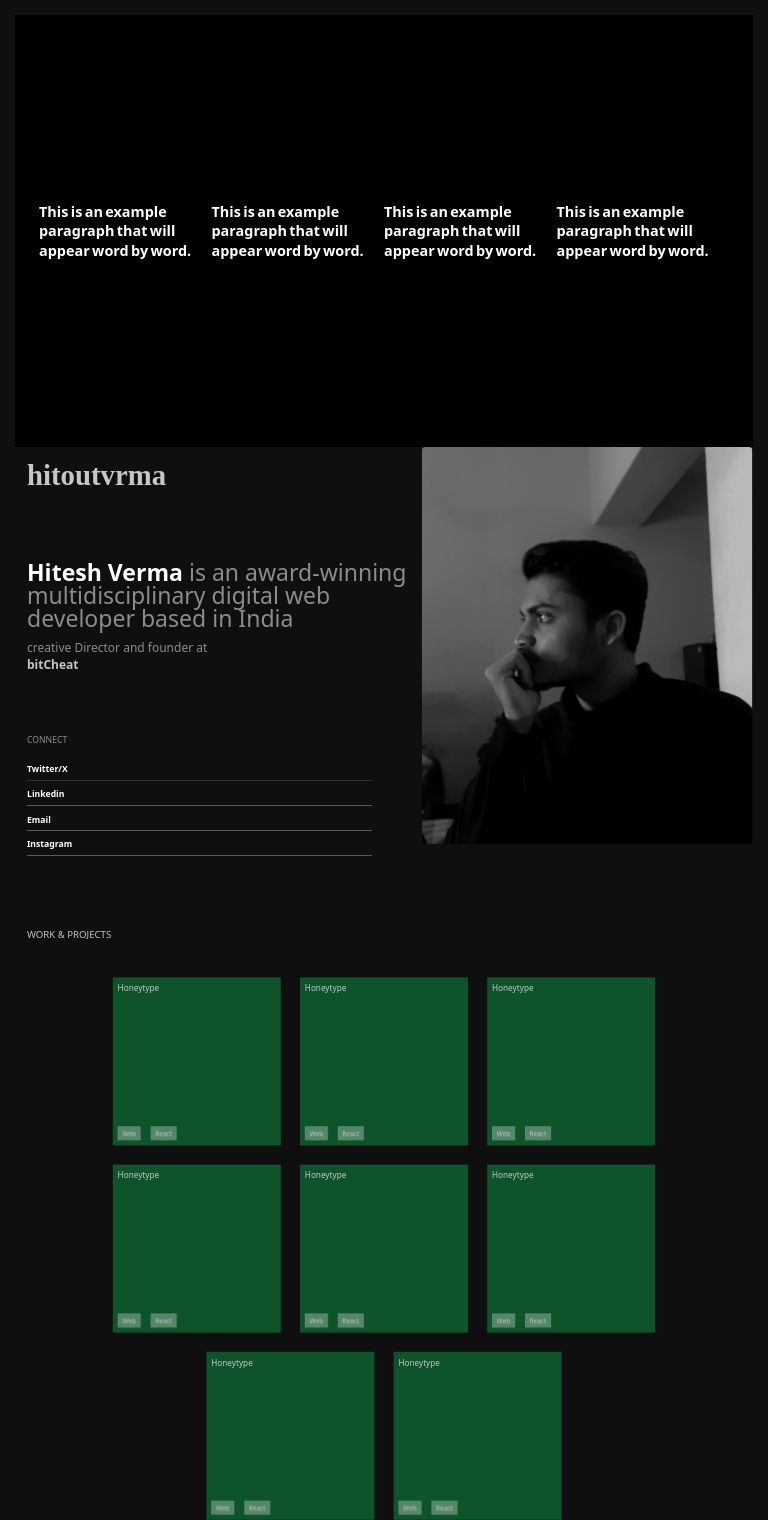
Repository: hitoutvrma/portfolio
Page: /
These files come from the project's save history. The page is drawn as it stood at one moment and after the next save; the edit follows.
The browser window is 1280 px wide. The pictures show the whole page, at 60% of full size.
The project was rebuilt for these pictures with package versions that can differ from the ones it lists, and the page was loaded fresh each time. Also part of the build but not shown: vite.config.js.

Above is the page before, as saved 2025-03-08 11:11:51.

After the next save:
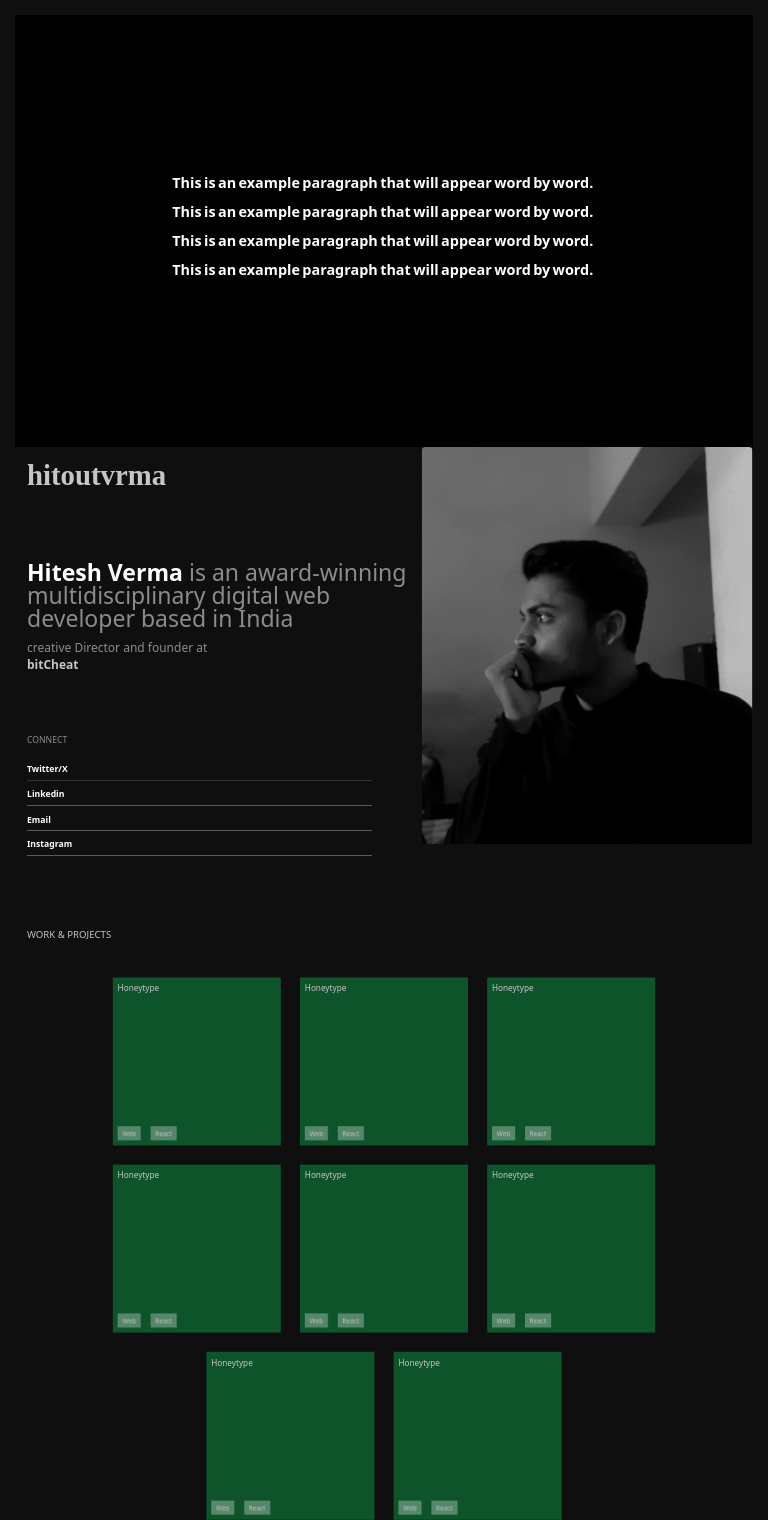
Saved 43 s later.
--- a/src/Components/AnimatedParagraph.jsx
+++ b/src/Components/AnimatedParagraph.jsx
@@ -5,107 +5,39 @@ export default function AnimatedParagraph() {
   const words = text.split(" "); // Splitting into words
 
   return (
-    <div className="flex justify-center items-center h-screen bg-black text-white p-10">
-      <motion.p
-        className="text-2xl font-semibold"
+    <div className="flex justify-center items-center h-screen bg-black text-white p-10 flex-col">
+      <motion.div
         initial="hidden"
         animate="visible"
         variants={{
-          hidden: {},
-          visible: {
-            transition: { staggerChildren: 0 } // Delays each word slightly
-          }
+          visible: { transition: { staggerChildren: 1 } }, // Paragraphs appear one after another
         }}
       >
-        {words.map((word, index) => (
-          <motion.span
-            key={index}
-            className="mr-1 inline-block"
+        {[...Array(4)].map((_, i) => (
+          <motion.p
+            key={i}
+            className="text-2xl font-semibold mb-4"
             variants={{
-              hidden: { opacity: 0.05, y: 15 }, // Starts with slight opacity
-              visible: { opacity: 1, y: 0 }
+              hidden: {},
+              visible: { transition: { staggerChildren: 0.1 } }, // Words inside appear with delay
             }}
-            transition={{ duration: 0.4, delay: index * 0.05 }} // Some words appear slightly ahead
           >
-            {word}
-          </motion.span>
+            {words.map((word, index) => (
+              <motion.span
+                key={index}
+                className="mr-1 inline-block"
+                variants={{
+                  hidden: { opacity: 0.05, y: 15 },
+                  visible: { opacity: 1, y: 0 },
+                }}
+                transition={{ duration: 0.4 }}
+              >
+                {word}
+              </motion.span>
+            ))}
+          </motion.p>
         ))}
-      </motion.p>
-      <motion.p
-        className="text-2xl font-semibold"
-        initial="hidden"
-        animate="visible"
-        variants={{
-          hidden: {},
-          visible: {
-            transition: { staggerChildren: 0 } // Delays each word slightly
-          }
-        }}
-      >
-        {words.map((word, index) => (
-          <motion.span
-            key={index}
-            className="mr-1 inline-block"
-            variants={{
-              hidden: { opacity: 0.05, y: 15 }, // Starts with slight opacity
-              visible: { opacity: 1, y: 0 }
-            }}
-            transition={{ duration: 0.4, delay: index * 0.05 }} // Some words appear slightly ahead
-          >
-            {word}
-          </motion.span>
-        ))}
-      </motion.p>
-      <motion.p
-        className="text-2xl font-semibold"
-        initial="hidden"
-        animate="visible"
-        variants={{
-          hidden: {},
-          visible: {
-            transition: { staggerChildren: 0 } // Delays each word slightly
-          }
-        }}
-      >
-        {words.map((word, index) => (
-          <motion.span
-            key={index}
-            className="mr-1 inline-block"
-            variants={{
-              hidden: { opacity: 0.05, y: 15 }, // Starts with slight opacity
-              visible: { opacity: 1, y: 0 }
-            }}
-            transition={{ duration: 0.4, delay: index * 0.05 }} // Some words appear slightly ahead
-          >
-            {word}
-          </motion.span>
-        ))}
-      </motion.p>
-      <motion.p
-        className="text-2xl font-semibold"
-        initial="hidden"
-        animate="visible"
-        variants={{
-          hidden: {},
-          visible: {
-            transition: { staggerChildren: 0 } // Delays each word slightly
-          }
-        }}
-      >
-        {words.map((word, index) => (
-          <motion.span
-            key={index}
-            className="mr-1 inline-block"
-            variants={{
-              hidden: { opacity: 0.05, y: 15 }, // Starts with slight opacity
-              visible: { opacity: 1, y: 0 }
-            }}
-            transition={{ duration: 0.4, delay: index * 0.05 }} // Some words appear slightly ahead
-          >
-            {word}
-          </motion.span>
-        ))}
-      </motion.p>
+      </motion.div>
     </div>
   );
 }
